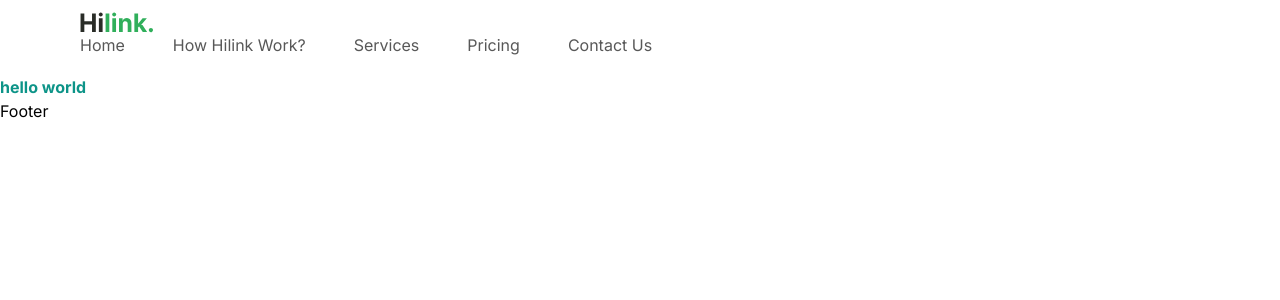
Repository: martin-raphael/travel_agency
Page: /
The author's editor kept a copy of each file at every save. The page is drawn from the files as they stood at one save, then again after the next save.
The browser window is 1280 px wide. The pictures show the whole page.
The project was rebuilt for these pictures with package versions that can differ from the ones it lists, and the page was loaded fresh each time. The framework's server and built-in components were replaced by stand-ins that run in the browser. Also part of the build but not shown: next.config.mjs.

Above is the page before, as saved 2024-08-08 16:46:02.

After the next save:
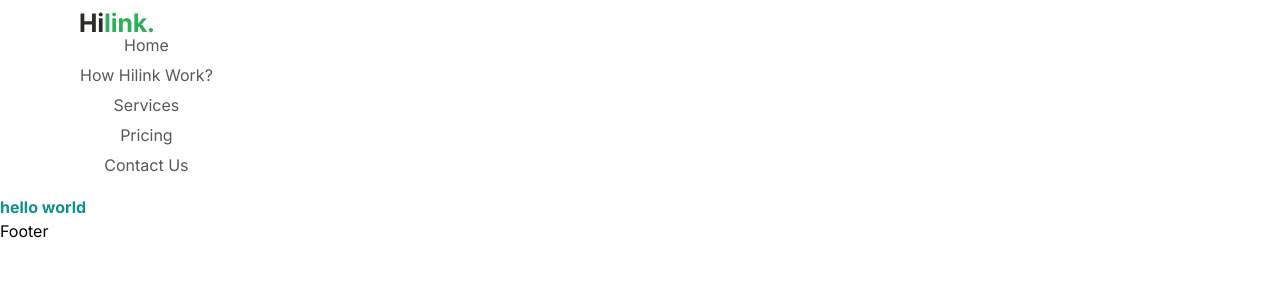
Saved 64 s later.
--- a/components/Navbar.tsx
+++ b/components/Navbar.tsx
@@ -9,11 +9,13 @@ const Navbar = () => {
         <Link href="/">
         <Image src="/hilink-logo.svg" alt="logo" width={74} height={29}/>
         <ul className="hidden h-full gap-12 lg:flex">
+            <a>
             {NAV_LINKS.map((link) =>(
                 <Link href={link.href} key={link.key} className="regular-16 text-gray-50 flexCenter cursor-pointer pb-1.5 transition-all hover:font-bold">
                     {link.label}
                 </Link>
             ))}
+            </a>
 
         </ul>
         </Link>

After the save that followed:
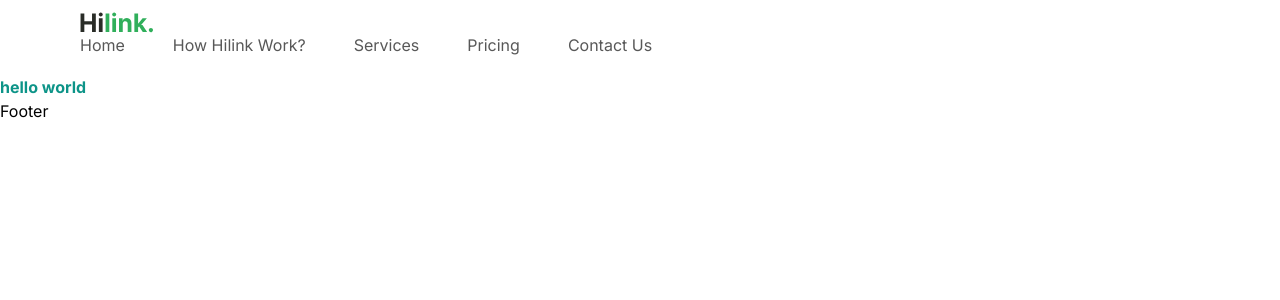
Saved 34 s later.
--- a/components/Navbar.tsx
+++ b/components/Navbar.tsx
@@ -9,7 +9,7 @@ const Navbar = () => {
         <Link href="/">
         <Image src="/hilink-logo.svg" alt="logo" width={74} height={29}/>
         <ul className="hidden h-full gap-12 lg:flex">
-            <a>
+            <a className="hidden h-full gap-12 lg:flex">
             {NAV_LINKS.map((link) =>(
                 <Link href={link.href} key={link.key} className="regular-16 text-gray-50 flexCenter cursor-pointer pb-1.5 transition-all hover:font-bold">
                     {link.label}
